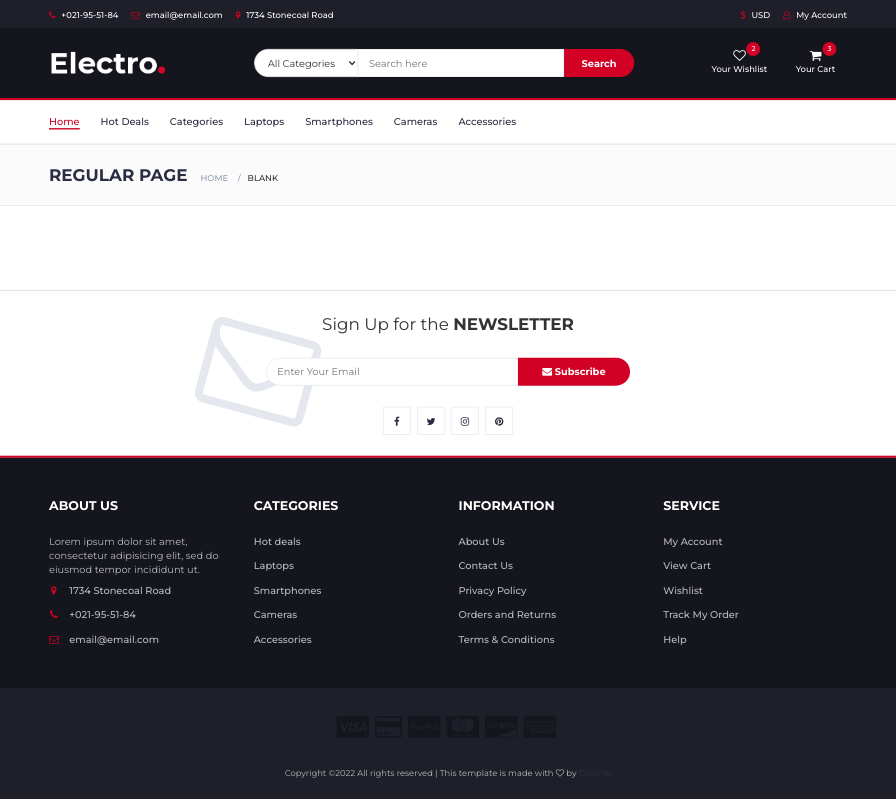
Repository: Daivu2905/Demo_view
Page: http://localhost/blank
These files come from the project's save history. The page is drawn as it stood at one moment and after the next save; the edit follows.
The browser window is 1280 px wide. The pictures show the part of the page from y = 0 to 1920 px (the page is 1142 px tall before and 2765 px after), at 70% of full size.
The page is served by the project's Laravel application, run on PHP 8.4 with Laravel 9.

Above is the page before, as saved 2022-08-12 16:23:18.
Console error: TypeError: Cannot read properties of null (reading 'addEventListener')

After the next save:
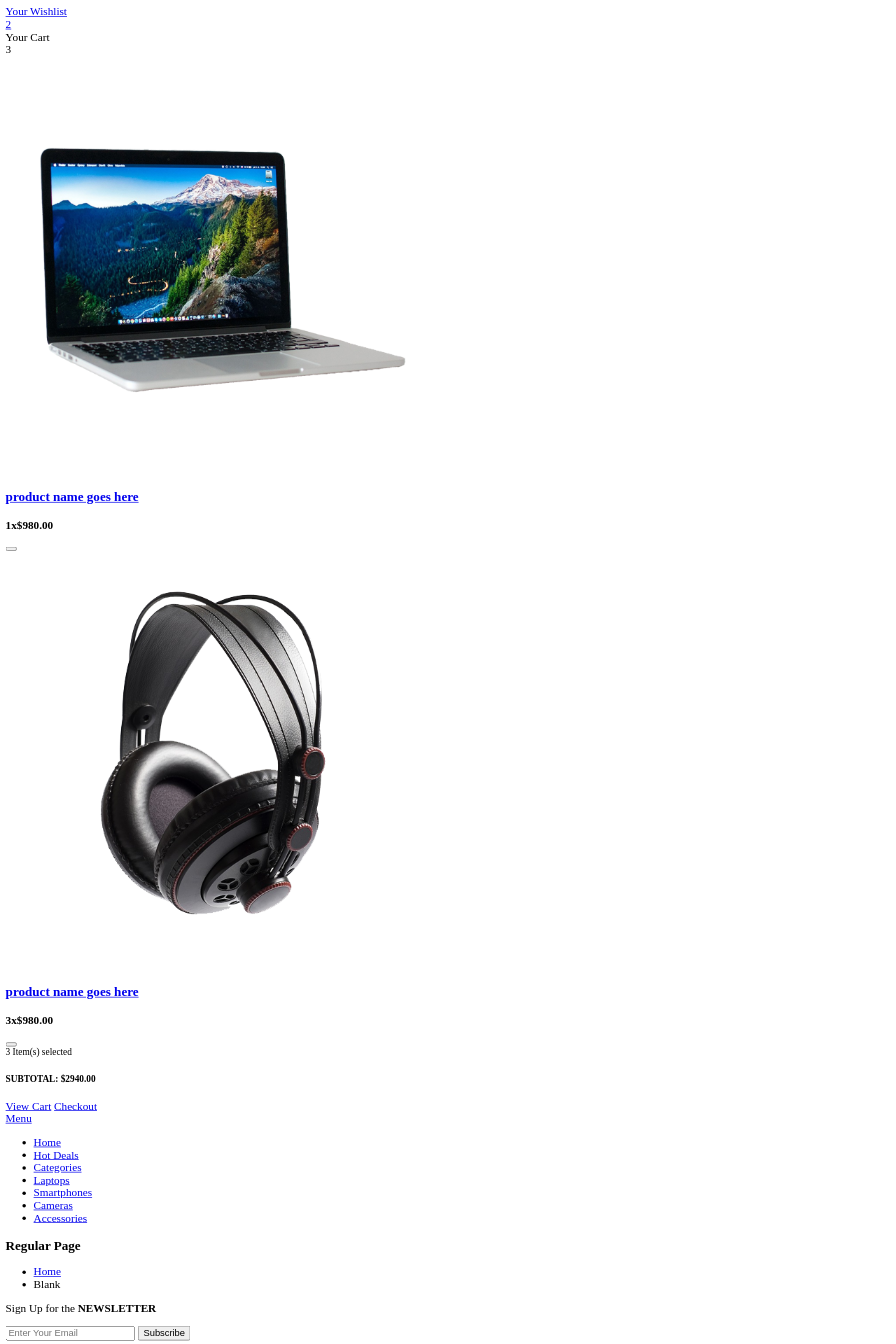
Saved 46 s later.
--- a/resources/views/blank.blade.php
+++ b/resources/views/blank.blade.php
@@ -1,98 +1,4 @@
-<!DOCTYPE html>
-<html lang="en">
-	<head>
-		<meta charset="utf-8">
-		<meta http-equiv="X-UA-Compatible" content="IE=edge">
-		<meta name="viewport" content="width=device-width, initial-scale=1">
-		 <!-- The above 3 meta tags *must* come first in the head; any other head content must come *after* these tags -->
-
-		<title>Electro - HTML Ecommerce Template</title>
-
- 		<!-- Google font -->
-		<link href="https://fonts.googleapis.com/css?family=Montserrat:400,500,700" rel="stylesheet">
-
-		<!-- Bootstrap -->
-		<!-- <link type="text/css" rel="stylesheet" href="css/bootstrap.min.css"/> -->
-        <link rel="stylesheet" href="{{asset('css/bootstrap.min.css')}}">
-
-
-		<!-- Slick -->
-		<!-- <link type="text/css" rel="stylesheet" href="css/slick.css"/> -->
-    <link href="{{asset('css/slick-theme.css')}}" rel="stylesheet">
-
-		<!-- <link type="text/css" rel="stylesheet" href="css/slick-theme.css"/> -->
-    <link href="{{asset('css/slick.css')}}" rel="stylesheet">
-
-		<!-- nouislider -->
-		<!-- <link type="text/css" rel="stylesheet" href="css/nouislider.min.css"/> -->
-    <link href="{{asset('css/nouislider.min.css')}}" rel="stylesheet">
-
-
-		<!-- Font Awesome Icon -->
-		<!-- <link rel="stylesheet" href="css/font-awesome.min.css"> -->
-    <link href="{{asset('css/font-awesome.min.css')}}" rel="stylesheet">
-
-		<!-- Custom stlylesheet -->
-		<!-- <link type="text/css" rel="stylesheet" href="css/style.css"/> -->
-    <link href="{{asset('css/style.css')}}" rel="stylesheet">
- 		<!-- HTML5 shim and Respond.js for IE8 support of HTML5 elements and media queries -->
- 		<!-- WARNING: Respond.js doesn't work if you view the page via file:// -->
- 		<!--[if lt IE 9]>
- 		  <script src="https://oss.maxcdn.com/html5shiv/3.7.3/html5shiv.min.js"></script>
- 		  <script src="https://oss.maxcdn.com/respond/1.4.2/respond.min.js"></script>
- 		<![endif]-->
-
-    </head>
-	<body>
-		<!-- HEADER -->
-		<header>
-			<!-- TOP HEADER -->
-			<div id="top-header">
-				<div class="container">
-					<ul class="header-links pull-left">
-						<li><a href="#"><i class="fa fa-phone"></i> +021-95-51-84</a></li>
-						<li><a href="#"><i class="fa fa-envelope-o"></i> email@email.com</a></li>
-						<li><a href="#"><i class="fa fa-map-marker"></i> 1734 Stonecoal Road</a></li>
-					</ul>
-					<ul class="header-links pull-right">
-						<li><a href="#"><i class="fa fa-dollar"></i> USD</a></li>
-						<li><a href="#"><i class="fa fa-user-o"></i> My Account</a></li>
-					</ul>
-				</div>
-			</div>
-			<!-- /TOP HEADER -->
-
-			<!-- MAIN HEADER -->
-			<div id="header">
-				<!-- container -->
-				<div class="container">
-					<!-- row -->
-					<div class="row">
-						<!-- LOGO -->
-						<div class="col-md-3">
-							<div class="header-logo">
-								<a href="#" class="logo">
-									<img src="./img/logo.png" alt="">
-								</a>
-							</div>
-						</div>
-						<!-- /LOGO -->
-
-						<!-- SEARCH BAR -->
-						<div class="col-md-6">
-							<div class="header-search">
-								<form>
-									<select class="input-select">
-										<option value="0">All Categories</option>
-										<option value="1">Category 01</option>
-										<option value="1">Category 02</option>
-									</select>
-									<input class="input" placeholder="Search here">
-									<button class="search-btn">Search</button>
-								</form>
-							</div>
-						</div>
-						<!-- /SEARCH BAR -->
+
 
 						<!-- ACCOUNT -->
 						<div class="col-md-3 clearfix">
